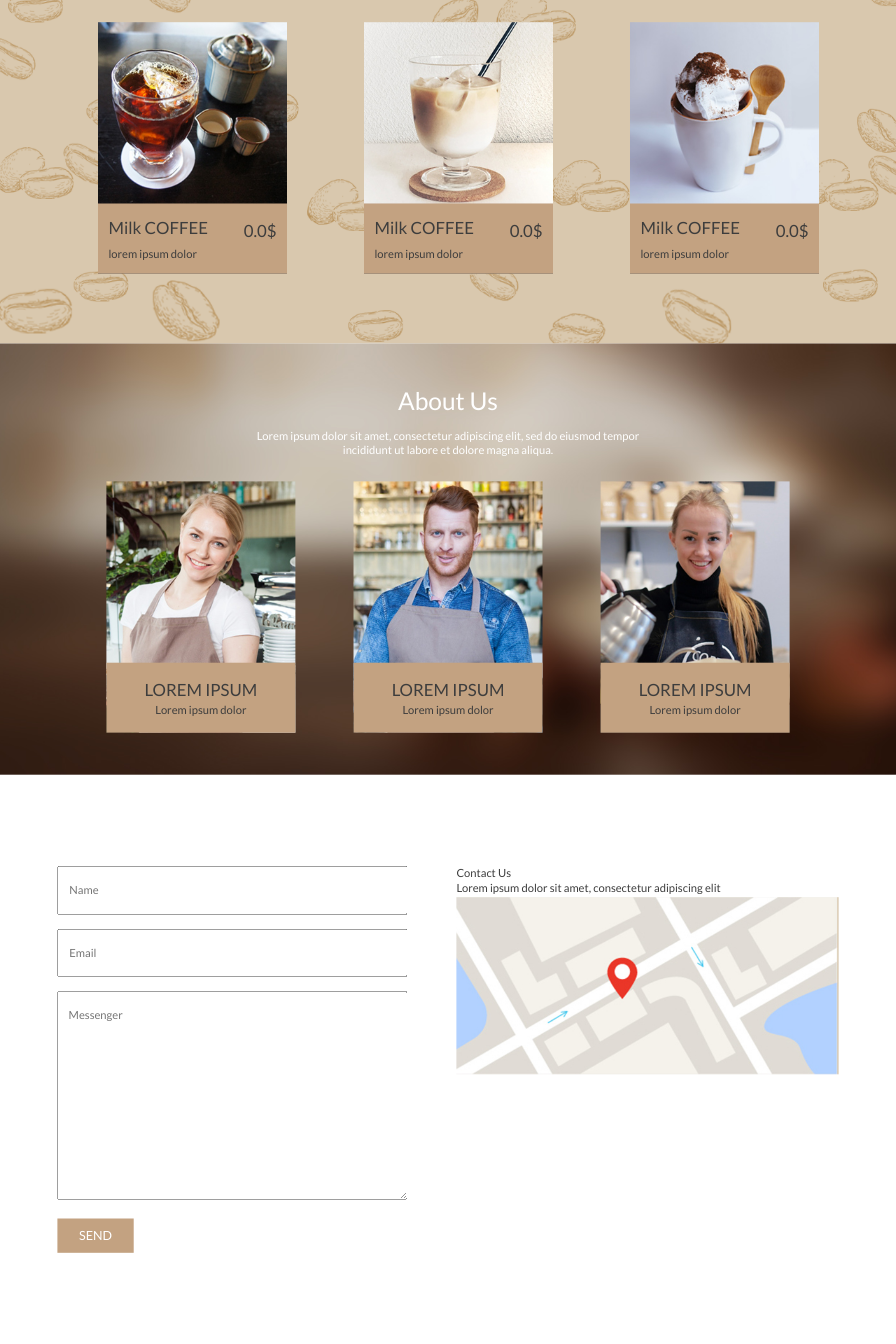
Repository: kuluong2000/coffe
Page: index.html
The author's editor kept a copy of each file at every save. The page is drawn from the files as they stood at one save, then again after the next save.
The browser window is 1280 px wide. The pictures show the part of the page from y = 1864 to 3784 px (the page is 3784 px tall before and 3724 px after), at 70% of full size.

Above is the page before, as saved 2021-10-04 22:58:23.

After the next save:
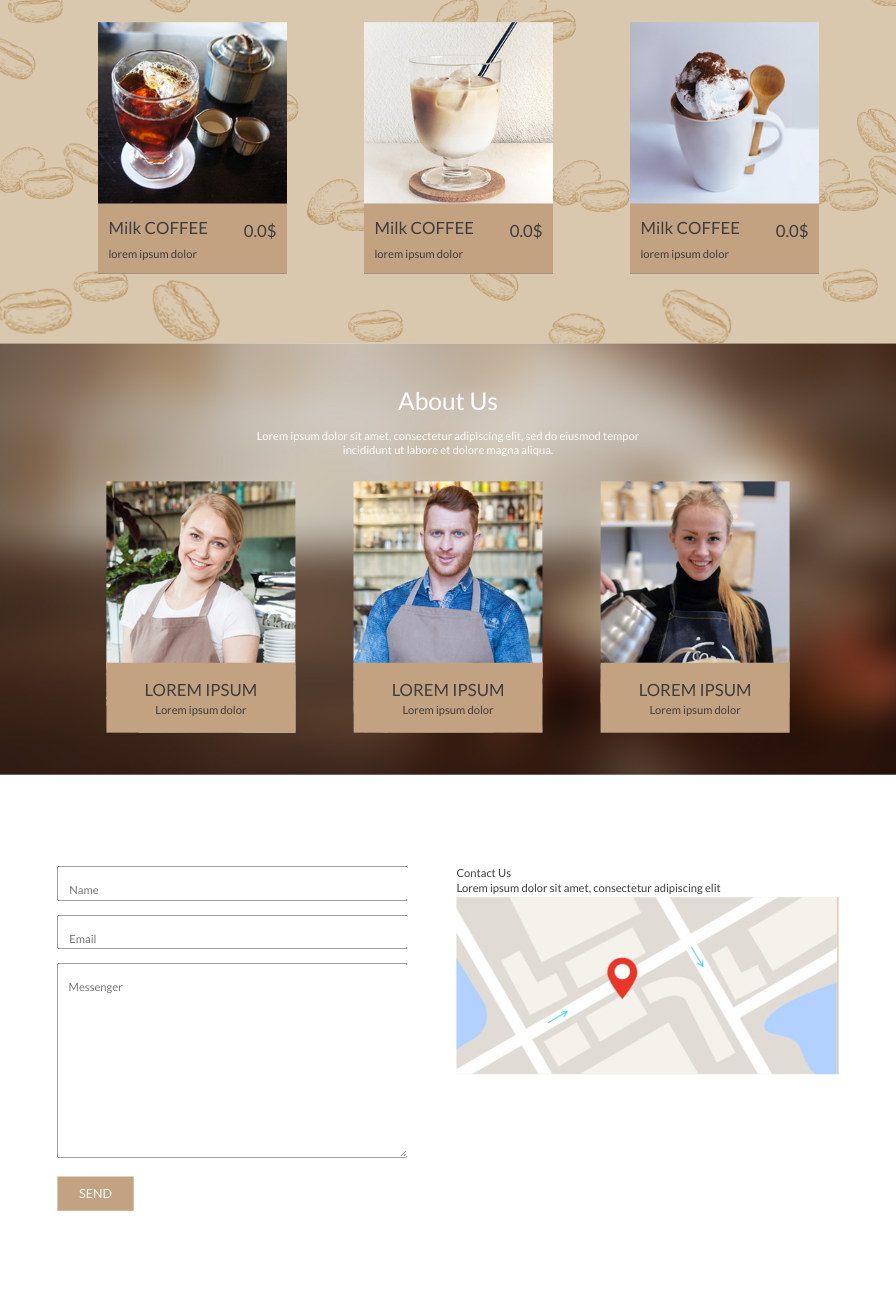
Saved 13 s later.
--- a/Assets/css/style.css
+++ b/Assets/css/style.css
@@ -303,7 +303,7 @@ body{
 .contact-form textarea{
     width: 100%;
     margin-bottom: 20px;
-    padding:  20px 15px;
+    padding:  20px 0 0 15px;
 
 }
 .contact-form input{
